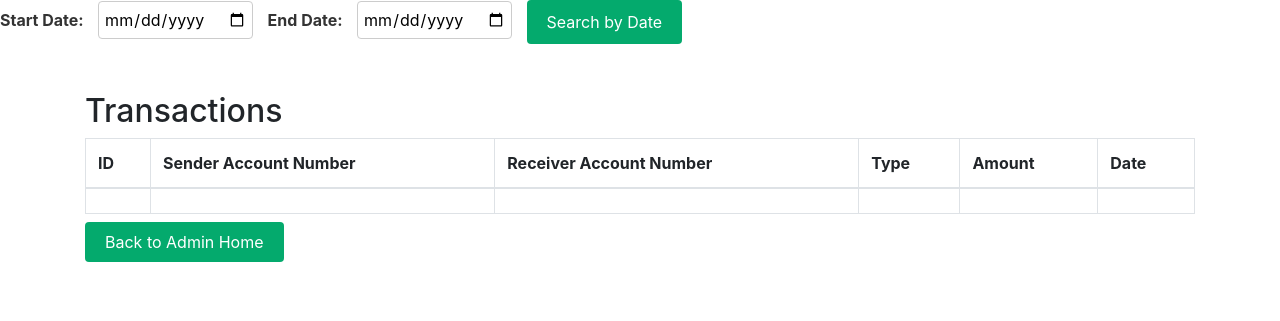
Repository: SuyashAwasthy/Javaee
Page: http://localhost/13-bank-application-mvc/viewTransaction.jsp
An editor plug-in stored every save of this project. The page is shown before and after the next save, followed by the edit.
The browser window is 1280 px wide. The pictures show the whole page.
The page is served by Tomcat 9. Other server files are loaded and not shown. The template is opened directly, without the code that normally fills it, so the values that code supplies are empty.

Above is the page before, as saved 2024-07-22 09:57:00.

### 13-bank-application-mvc/WebContent/viewTransaction.jsp
<%@ page language="java" contentType="text/html; charset=UTF-8"
	pageEncoding="UTF-8"%>

<!DOCTYPE html>
<html>
<head>
<title>View Transactions</title>
<link rel="stylesheet" href="css/styles.css">
<link rel="stylesheet"
	href="https://maxcdn.bootstrapcdn.com/bootstrap/4.0.0/css/bootstrap.min.css">
</head>
<body>
	<form action="searchTransactionsByDate" method="get" class="date-form">
            <label for="startDate">Start Date:</label>
            <input type="date" id="startDate" name="startDate" required>

            <label for="endDate">End Date:</label>
            <input type="date" id="endDate" name="endDate" required>

            <button type="submit" class="btn">Search by Date</button>
        </form>

	<div class="container">
		<h2 class="mt-5">Transactions</h2>
		<table class="table table-bordered">
			<thead>
				<tr>
					<th>ID</th>
					<th>Sender Account Number</th>
					<th>Receiver Account Number</th>
					<th>Type</th>
					<th>Amount</th>
					<th>Date</th>
				</tr>
			</thead>
			<tbody>
				<c:forEach var="transaction" items="${transactions}">
					<tr>
						<td>${transaction.id}</td>
						<td>${transaction.senderAccountNumber}</td>
						<td>${transaction.receiverAccountNumber}</td>
						<td>${transaction.type}</td>
						<td>${transaction.amount}</td>
						<td>${transaction.date}</td>
					</tr>
				</c:forEach>
			</tbody>
		</table>
		<a href="adminHome.jsp" class="button">Back to Admin Home</a>
	</div>
</body>
</html>

### 13-bank-application-mvc/WebContent/css/styles.css
.button {
  padding: 10px 20px;
    background-color: #04AA6D;
    color: white;
    border: none;
    border-radius: 4px;
    font-size: 16px;
    cursor: pointer;
    transition: background-color 0.3s ease;

}

.button:hover {
    background-color: #45a049;
}

.date-form {
    margin-bottom: 20px;
}

.date-form label {
    margin-right: 10px;
    font-weight: bold;
    color: #333;
}

.date-form input[type="date"] {
    margin-right: 10px;
    padding: 5px;
    border-radius: 4px;
    border: 1px solid #ccc;
}

.date-form .btn {
    padding: 10px 20px;
    background-color: #04AA6D;
    color: white;
    border: none;
    border-radius: 4px;
    font-size: 16px;
    cursor: pointer;
    transition: background-color 0.3s ease;
}

.date-form .btn:hover {
    background-color: #45a049;
}

.search-form {
    margin-bottom: 20px;
    display: flex;
    justify-content: center;
    align-items: center;
}

.search-form label {
    margin-right: 10px;
    font-weight: bold;
    color: #333;
}

.search-form select,
.search-form input[type="text"] {
    margin-right: 10px;
    padding: 5px;
    border-radius: 4px;
    border: 1px solid #ccc;
    font-size: 14px;
    width: 200px;
}

.search-form .btn {
    padding: 10px 20px;
    background-color: #04AA6D;
    color: white;
    border: none;
    border-radius: 4px;
    font-size: 16px;
    cursor: pointer;
    transition: background-color 0.3s ease;
}

.search-form .btn:hover {
    background-color: #45a049;
}

After the next save:
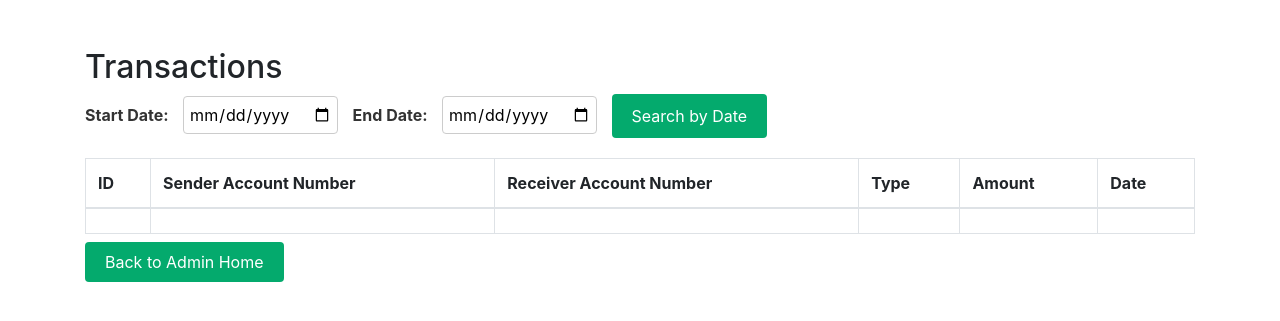
Saved 2 min 16 s later.
--- a/13-bank-application-mvc/WebContent/viewTransaction.jsp
+++ b/13-bank-application-mvc/WebContent/viewTransaction.jsp
@@ -10,7 +10,10 @@
 	href="https://maxcdn.bootstrapcdn.com/bootstrap/4.0.0/css/bootstrap.min.css">
 </head>
 <body>
-	<form action="searchTransactionsByDate" method="get" class="date-form">
+
+	<div class="container">
+		<h2 class="mt-5 text-centre">Transactions</h2>
+		<form action="searchTransactionsByDate" method="get" class="date-form">
             <label for="startDate">Start Date:</label>
             <input type="date" id="startDate" name="startDate" required>
 
@@ -19,9 +22,6 @@
 
             <button type="submit" class="btn">Search by Date</button>
         </form>
-
-	<div class="container">
-		<h2 class="mt-5">Transactions</h2>
 		<table class="table table-bordered">
 			<thead>
 				<tr>
